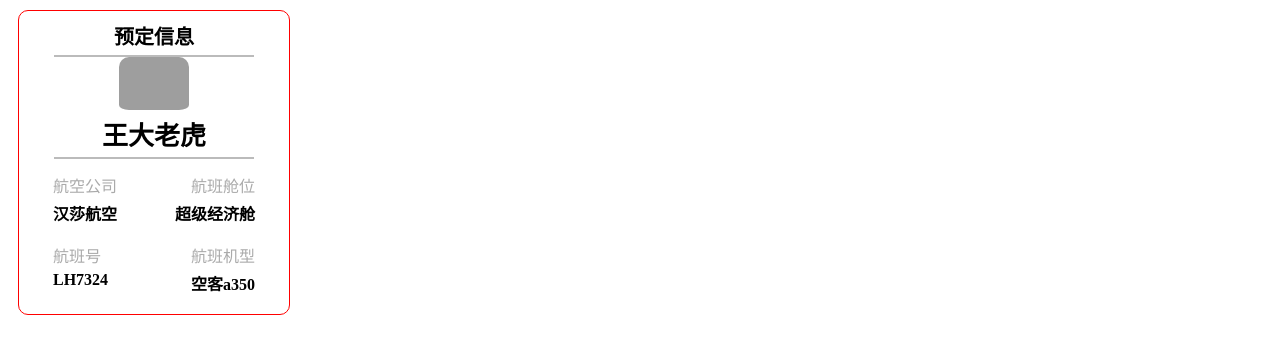
Repository: xzm1997/react-learning
Page: /
These files come from the project's save history. The page is drawn as it stood at one moment and after the next save; the edit follows.
The browser window is 1280 px wide. The pictures show the whole page.
Pictures or frames that could not be fetched are drawn as grey boxes. The project was rebuilt for these pictures with package versions that can differ from the ones it lists, and the page was loaded fresh each time.

Above is the page before, as saved 2023-01-31 11:05:32.

### src/index.js
import React from 'react';
import ReactDOM from 'react-dom/client';
import './index.css';

export function UserInfo(props) {
  return (
    <div className='userInfo'>
      <img
        src='https://img1.baidu.com/it/u=2017107515,121176475&fm=253&fmt=auto&app=138&f=JPEG?w=500&h=500'
        alt='ava'
        className='ava'
      ></img>
      <div className='userName'>{props.userName}</div>
    </div>
  )
}

export function InfoShow(props) {
  return (
    <div className='infoShow'>
      <div className='bookTitle'>{props.title}</div>
      <div className='bookContent'>{props.content}</div>
    </div>
  )
}

export function BookInfo(props) {
  return (
    <div className='contentDisplay'>
      <div className='totalTitle'>预定信息</div>
      <UserInfo userName={props.userName} />
      <div className='infoDisplay'>
        <div className='infoItem leftSide'>
          <InfoShow title='航空公司' content={props.ticketInfo.airline}/>
          <InfoShow title='航班号' content={props.ticketInfo.flightNum}/>
        </div>
        <div className='infoItem rightSide'>
          <InfoShow title='航班舱位' content={props.ticketInfo.level}/>
          <InfoShow title='航班机型' content={props.ticketInfo.plane}/>
        </div>
      </div>
    </div>
    )
}

export function Root() {
  const userName = '王大老虎';
  const ticketInfo = {
    airline : '汉莎航空',
    flightNum : 'LH7324',
    level : '超级经济舱',
    plane : '空客a350'
  }
  return (
    <div>
      <BookInfo
        userName={userName}
        ticketInfo={ticketInfo}
      />
    </div>
  )
}

// ========================================

const root = ReactDOM.createRoot(document.getElementById("root"));
root.render(<Root />);

### src/index.css
.contentDisplay {
  width: 250px;
  border: solid 1px red;
  border-radius: 10px;
  padding:10px;
  margin: 10px;
  display: flex;
  flex-direction: column;
  align-items: center;
}

.userInfo {
  display: flex;
  flex-direction: column;
  align-items: center;
  width: 200px;
  padding-bottom: 5px;
  border-bottom: solid 2px #bbb;
}

.ava {
  width: 70px;
  border-radius: 10px;
  padding-bottom: 5px;
}

.userName {
  font-weight: 700;
  font-size: 26px;
}

.bookTitle {
  color: #aaa;
}

.totalTitle {
  font-size: 20px;
  font-weight: 700;
  text-align: center;
  width: 200px;
  padding-bottom: 5px;
  border-bottom: solid 2px #bbb;
}

.bookContent {
  font-weight: 700;
}

.infoShow {
  padding: 7px;
}

.bookTitle {
  padding: 2px;
}

.bookContent {
  padding: 2px;
}

.infoDisplay {
  display: flex;
  padding-top: 5px;
}

.infoItem {
  width: 110px;
}

.rightSide {
  text-align: right;
}

Loaded but not shown: public/index.html (common file)

After the next save:
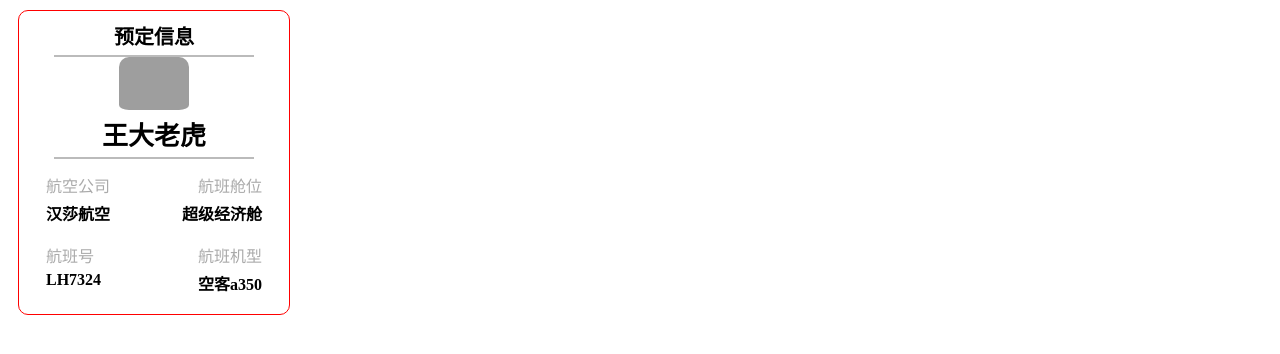
Saved 7 s later.
--- a/src/index.css
+++ b/src/index.css
@@ -47,7 +47,7 @@
 }
 
 .infoShow {
-  padding: 7px;
+  padding: 7px 0;
 }
 
 .bookTitle {
